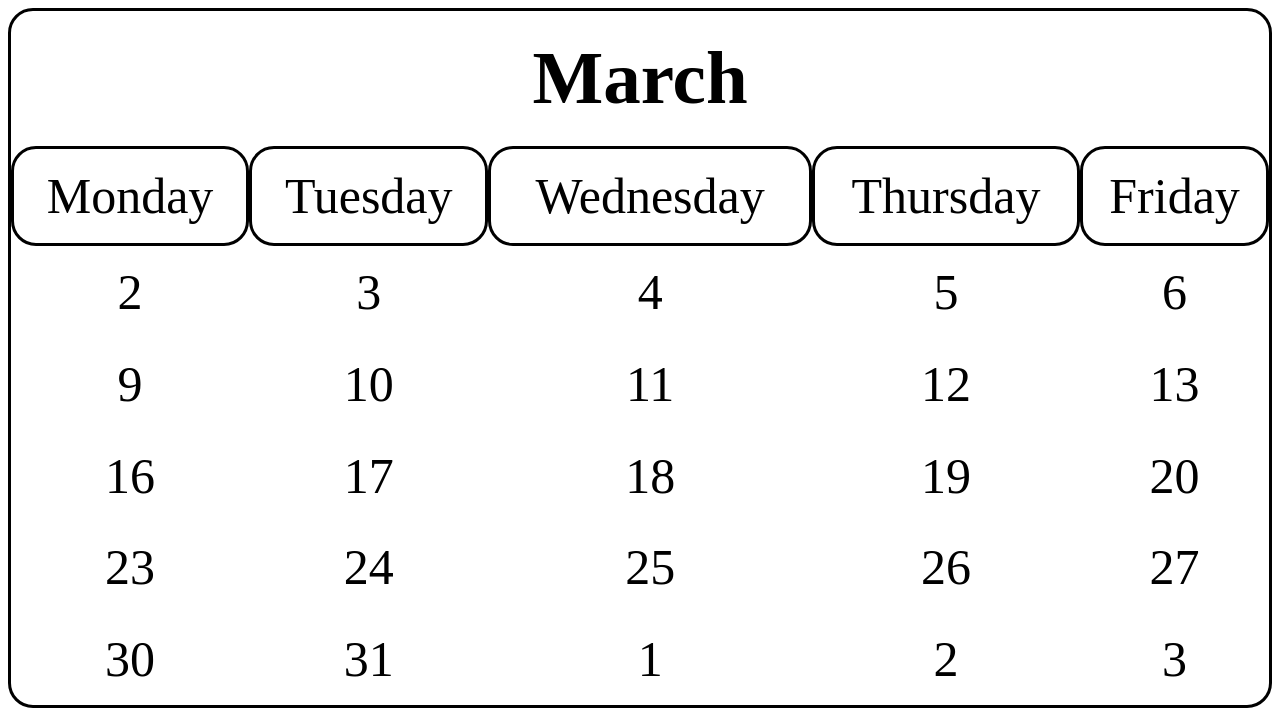
Repository: shleewhite/missionBitCalendar
Page: views/mar.html
The author's editor kept a record of every edit. The page is drawn from the files as they stood at one moment, then again after the next edit.
The browser window is 1280 px wide. The pictures show the whole page.

Above is the page before.

After the next edit:
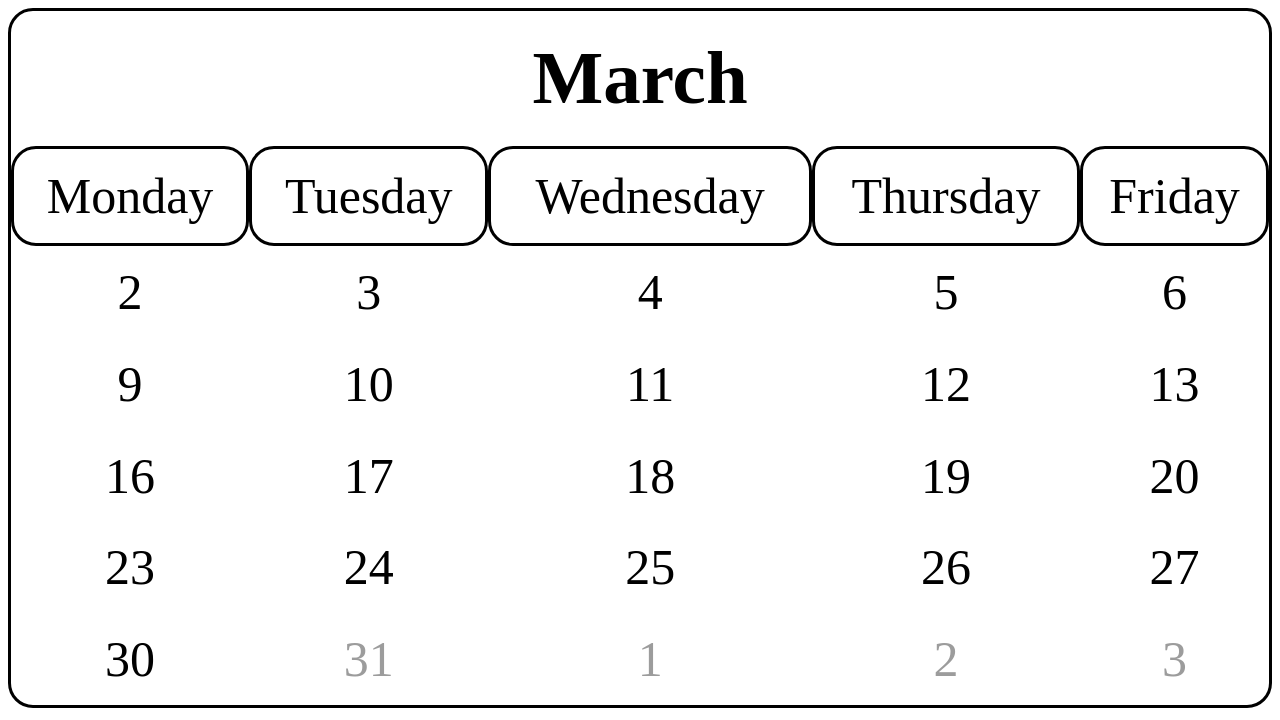
The edit:
--- a/views/mar.html
+++ b/views/mar.html
@@ -42,10 +42,10 @@
             </tr>
             <tr>
                 <td>30</td>
-                <td>31</td>
-                <td>1</td>
-                <td>2</td>
-                <td>3</td>
+                <td class="nextMonth">31</td>
+                <td class="nextMonth">1</td>
+                <td class="nextMonth">2</td>
+                <td class="nextMonth">3</td>
             </tr>
         </table>
     </body>
